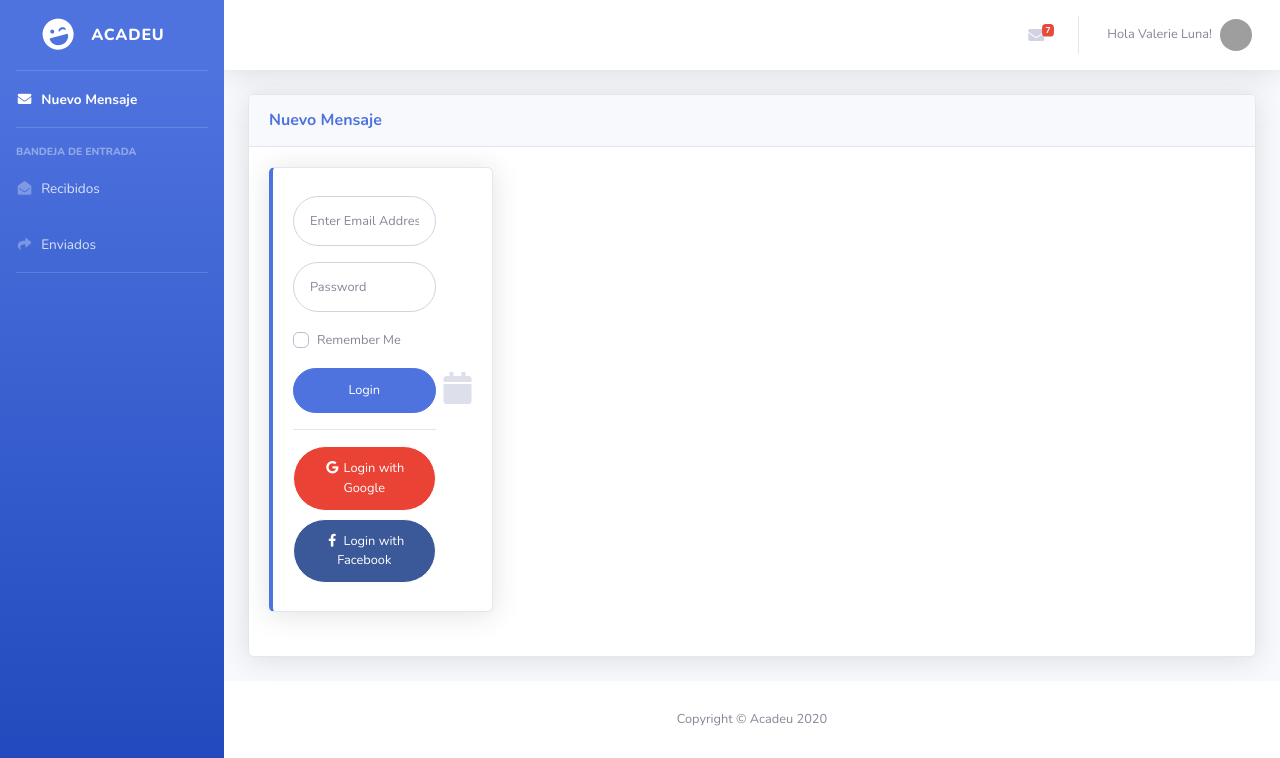
Repository: nicolask92/spring_java_test
Page: http://localhost/nuevo-mensaje
These files come from the project's save history. The page is drawn as it stood at one moment and after the next save; the edit follows.
The browser window is 1280 px wide. The pictures show the whole page.
Pictures or frames that could not be fetched are drawn as grey boxes. The page is this project's Thymeleaf template; nobody is signed in. The template is opened directly, without the code that normally fills it, so the values that code supplies are empty.

Above is the page before, as saved 2020-06-13 21:34:30.

After the next save:
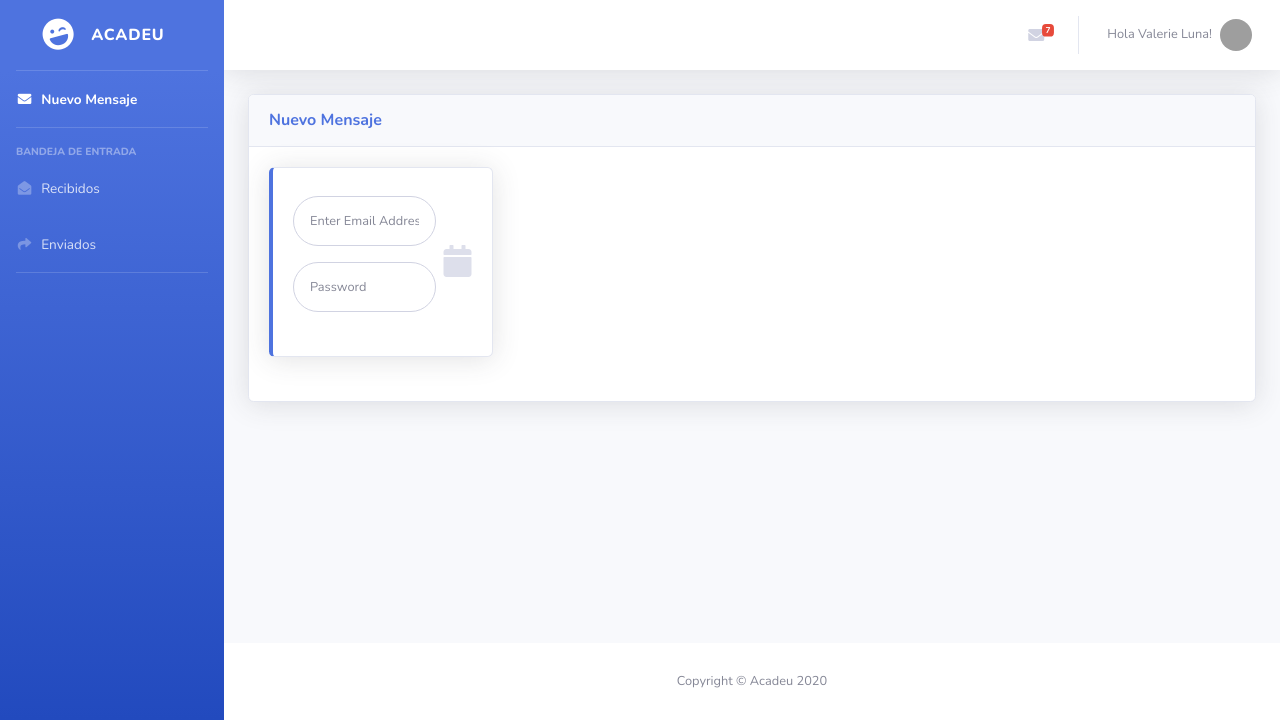
Saved 39 s later.
--- a/spring-tutorial/src/main/resources/templates/nuevo-mensaje.html
+++ b/spring-tutorial/src/main/resources/templates/nuevo-mensaje.html
@@ -216,22 +216,7 @@
                       <input type="password" class="form-control form-control-user" id="exampleInputPassword"
                         placeholder="Password">
                     </div>
-                    <div class="form-group">
-                      <div class="custom-control custom-checkbox small">
-                        <input type="checkbox" class="custom-control-input" id="customCheck">
-                        <label class="custom-control-label" for="customCheck">Remember Me</label>
-                      </div>
-                    </div>
-                    <a href="index.html" class="btn btn-primary btn-user btn-block">
-                      Login
-                    </a>
-                    <hr>
-                    <a href="index.html" class="btn btn-google btn-user btn-block">
-                      <i class="fab fa-google fa-fw"></i> Login with Google
-                    </a>
-                    <a href="index.html" class="btn btn-facebook btn-user btn-block">
-                      <i class="fab fa-facebook-f fa-fw"></i> Login with Facebook
-                    </a>
+
                   </form>
 					                    </div>
 					                    <div class="col-auto">
